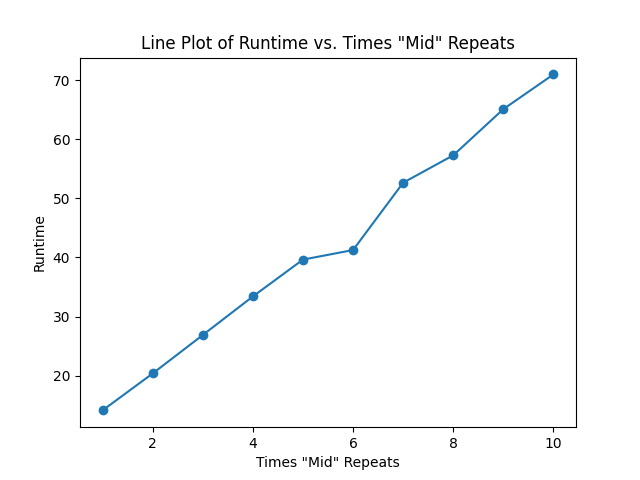
Repository: kingsoneight/CS350-Computer-System
Script's output: python hw7/EVAL/1b.py
These files come from the project's save history. The script's output is drawn as it stood at one moment and after the next save; the edit follows.
Random numbers start from a fixed seed.

Above is the script's output before, as saved 2023-12-04 22:27:02.

After the next save:
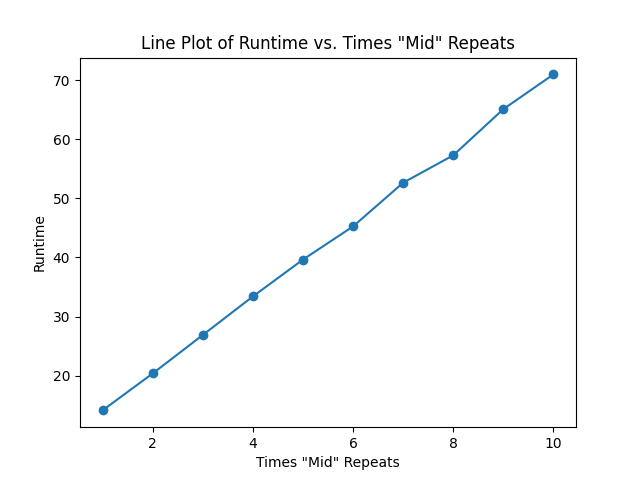
Saved 13 s later.
--- a/hw7/EVAL/1b.py
+++ b/hw7/EVAL/1b.py
@@ -3,7 +3,7 @@ import matplotlib.pyplot as plt
 # Sample data (replace with your own data)
 x_values = [1, 2, 3, 4, 5, 6, 7, 8, 9, 10]
 y_values = [14.11, 20.36, 26.87, 33.4, 39.64,
-            41.26, 52.66, 57.3, 65.12, 71]
+            45.26, 52.66, 57.3, 65.12, 71]
 
 # Create the plot
 plt.plot(x_values, y_values, marker='o', linestyle='-')
